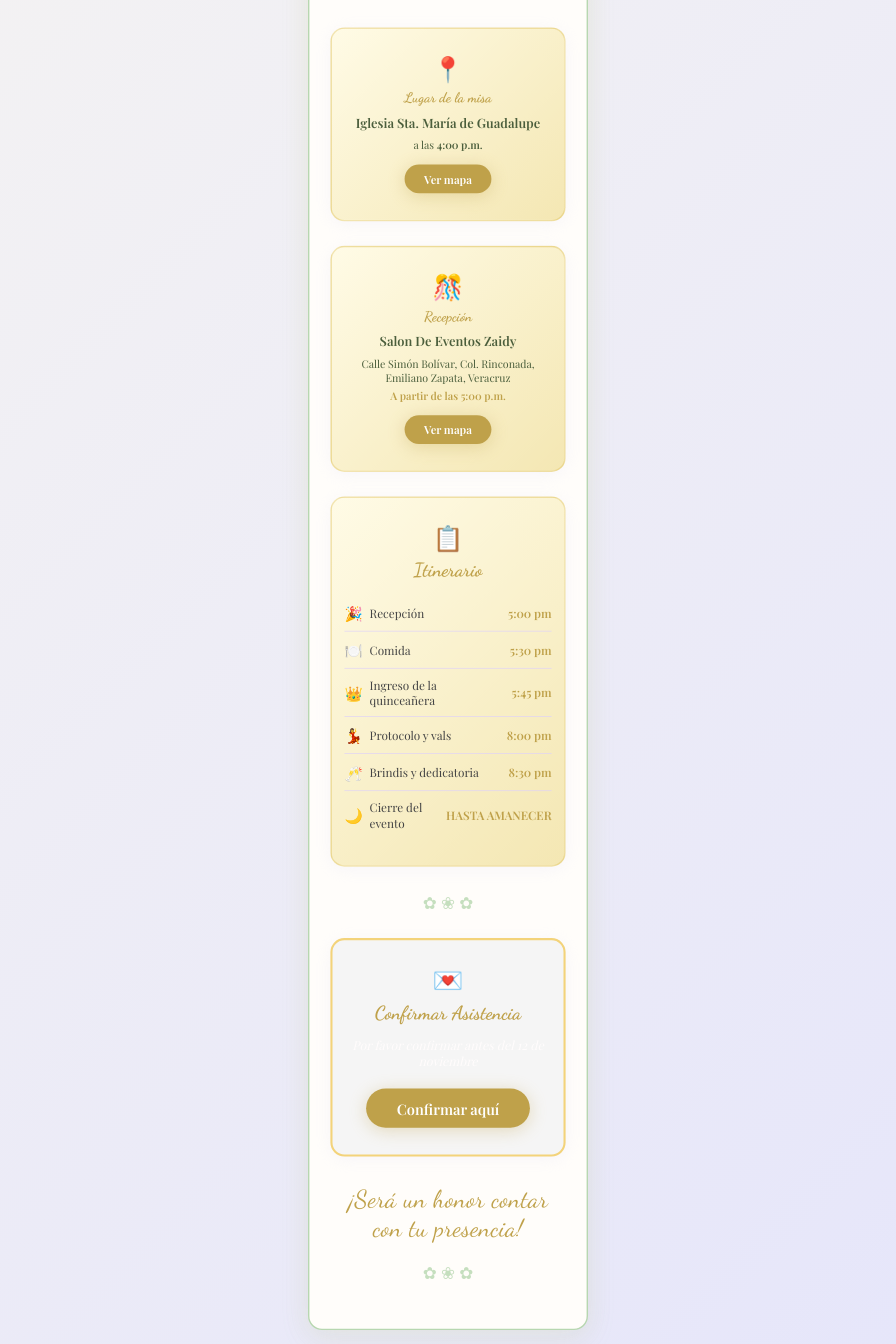
Repository: Jurgt2/InvitacionXvCamila
Page: index.html
These files come from the project's save history. The page is drawn as it stood at one moment and after the next save; the edit follows.
The browser window is 1280 px wide. The pictures show the part of the page from y = 1293 to 3213 px (the page is 3213 px tall), at 70% of full size.
Some web fonts or font styles are not loaded; a fallback is used.

Above is the page before, as saved 2025-11-15 16:46:14.
Console error: TypeError: Cannot read properties of null (reading 'href')

After the next save:
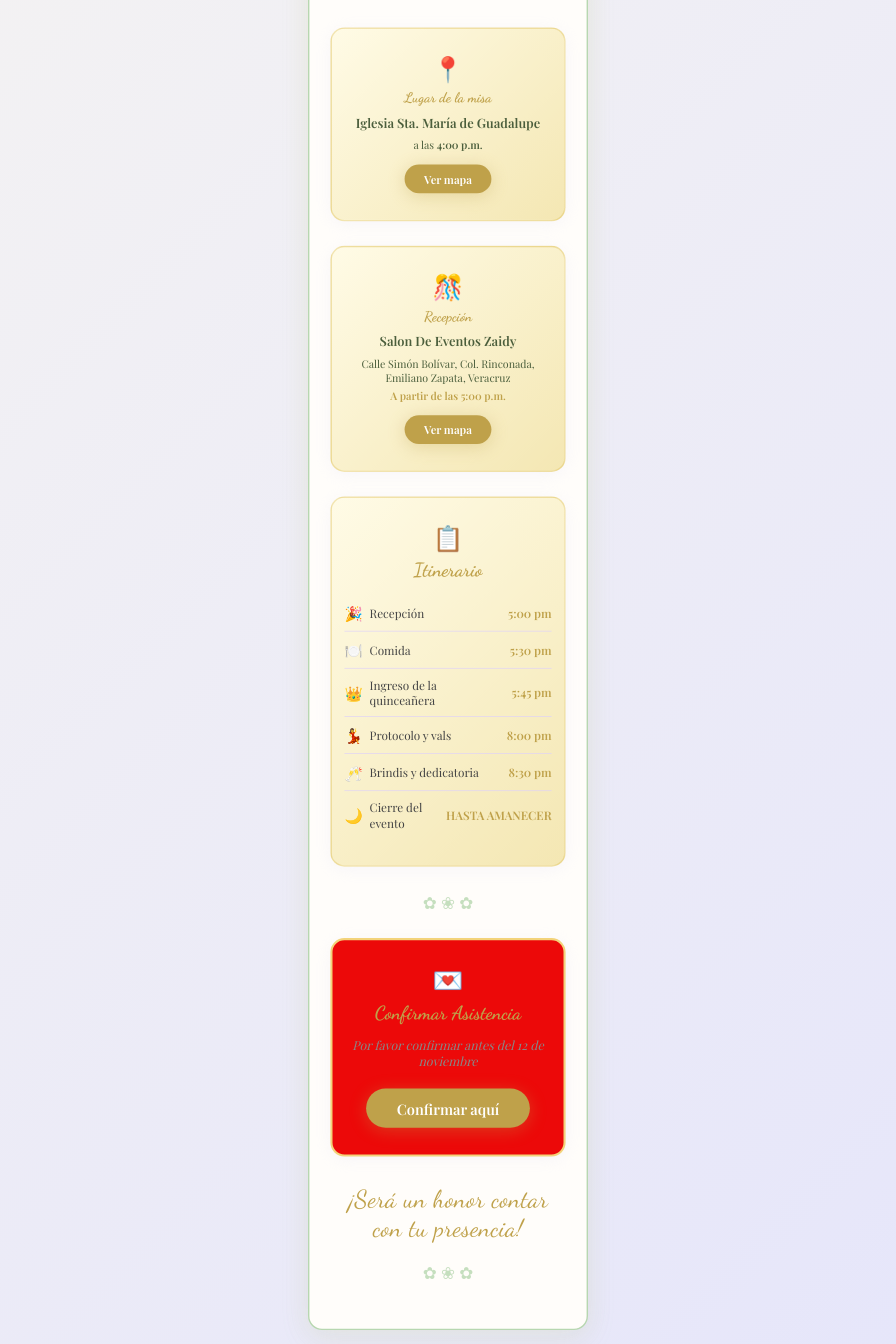
Saved 13 s later.
--- a/index.html
+++ b/index.html
@@ -155,10 +155,10 @@
         <div class="floral-divider">✿ ❀ ✿</div>
 
         <!-- 9. Sección CONFIRMAR ASISTENCIA -->
-        <div class="cuadro-rsvp" style="background: #f5f5f5; border: 3px solid #f3d37a; border-radius: 20px; padding: 32px 18px 38px 18px; margin: 35px 0; text-align: center; box-shadow: 0 4px 24px #e6e6fa55;">
+        <div class="cuadro-rsvp" style="background: #ec0909; border: 3px solid #f3d37a; border-radius: 20px; padding: 32px 18px 38px 18px; margin: 35px 0; text-align: center; box-shadow: 0 4px 24px #e6e6fa55;">
             <div style="font-size:2.2rem; margin-bottom: 8px; color:#bfa14a;">💌</div>
             <div style="font-family: 'Dancing Script', cursive; font-size:1.7rem; color:#bfa14a; margin-bottom: 18px; font-weight: 700;">Confirmar Asistencia</div>
-            <div style="font-family: 'Playfair Display', serif; font-size:1.1rem; color:#fffcfc; font-style:italic; margin-bottom: 28px;">Por favor confirmar antes del 12 de noviembre</div>
+            <div style="font-family: 'Playfair Display', serif; font-size:1.1rem; color:#888; font-style:italic; margin-bottom: 28px;">Por favor confirmar antes del 12 de noviembre</div>
             <a href="https://wa.me/522791007933?text=Hola%2C%20confirmo%20mi%20asistencia%20a%20los%2015%20a%C3%B1os%20de%20Emily%20Camila.%20%C2%A1Ser%C3%A1%20un%20honor%20acompa%C3%B1arla%20en%20su%20d%C3%ADa%20especial!%20%F0%9F%92%96%F0%9F%8E%89" target="_blank" rel="noopener noreferrer" style="display:inline-block; background:#bfa14a; color:#fff; font-family:'Playfair Display',serif; font-size:1.3rem; font-weight:600; border-radius:32px; padding:14px 44px; text-decoration:none; box-shadow:0 4px 24px #bfa14a55; transition:background 0.2s;">Confirmar aquí</a>
         </div>
 

After the save that followed:
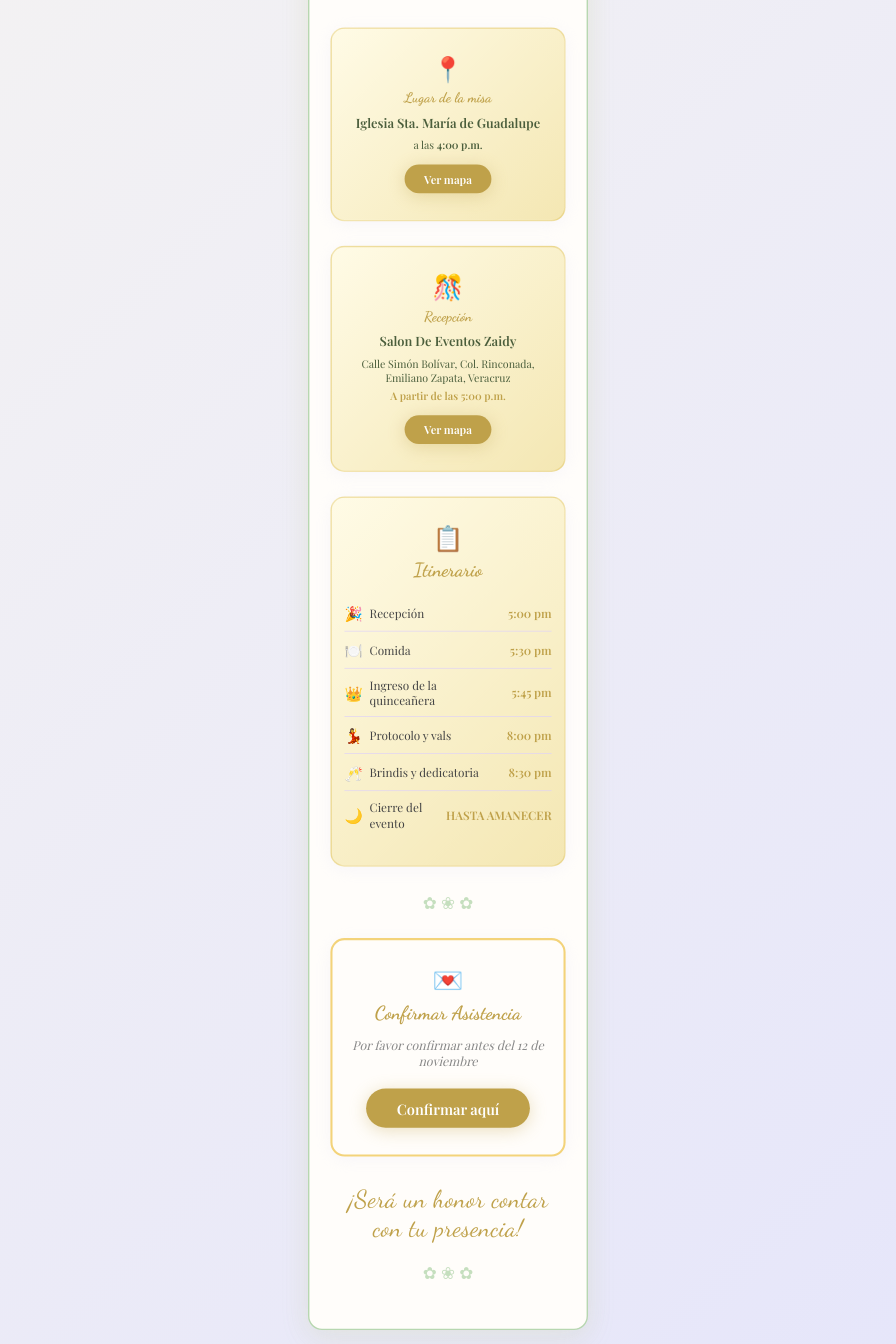
Saved 32 s later.
--- a/index.html
+++ b/index.html
@@ -155,7 +155,10 @@
         <div class="floral-divider">✿ ❀ ✿</div>
 
         <!-- 9. Sección CONFIRMAR ASISTENCIA -->
-        <div class="cuadro-rsvp" style="background: #ec0909; border: 3px solid #f3d37a; border-radius: 20px; padding: 32px 18px 38px 18px; margin: 35px 0; text-align: center; box-shadow: 0 4px 24px #e6e6fa55;">
+        <div class="cuadro-rsvp" style="background: 💌
+Confirmar Asistencia
+Por favor confirmar antes del 12 de noviembre
+Confirmar aquí; border: 3px solid #f3d37a; border-radius: 20px; padding: 32px 18px 38px 18px; margin: 35px 0; text-align: center; box-shadow: 0 4px 24px #e6e6fa55;">
             <div style="font-size:2.2rem; margin-bottom: 8px; color:#bfa14a;">💌</div>
             <div style="font-family: 'Dancing Script', cursive; font-size:1.7rem; color:#bfa14a; margin-bottom: 18px; font-weight: 700;">Confirmar Asistencia</div>
             <div style="font-family: 'Playfair Display', serif; font-size:1.1rem; color:#888; font-style:italic; margin-bottom: 28px;">Por favor confirmar antes del 12 de noviembre</div>
